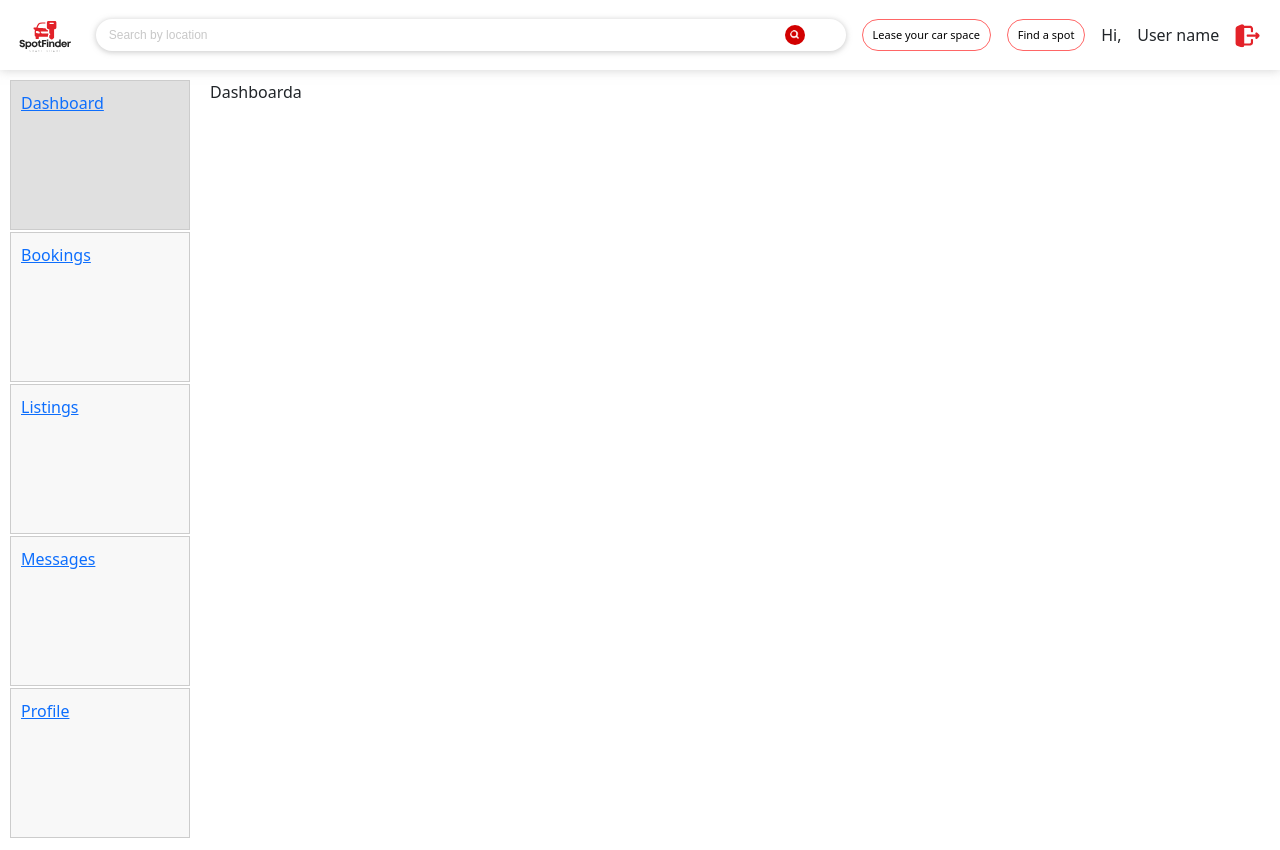
Repository: UNSWSpotFinder/SpotFinder
Page: /dashboard (app in frontend/)
The author's editor kept a copy of each file at every save. The page is drawn from the files as they stood at one save, then again after the next save.
The browser window is 1280 px wide. The pictures show the whole page.
The project was rebuilt for these pictures with package versions that can differ from the ones it lists, and the page was loaded fresh each time. Also part of the build but not shown: frontend/src/Login.css, frontend/src/Login.jsx, frontend/src/Regist.css, frontend/src/Regist.jsx, frontend/src/HomePage.jsx, frontend/src/App.css, frontend/src/components/Bookings.jsx, frontend/src/components/Listings.jsx and 2 more.

Above is the page before, as saved 2024-03-09 20:33:04.

After the next save:
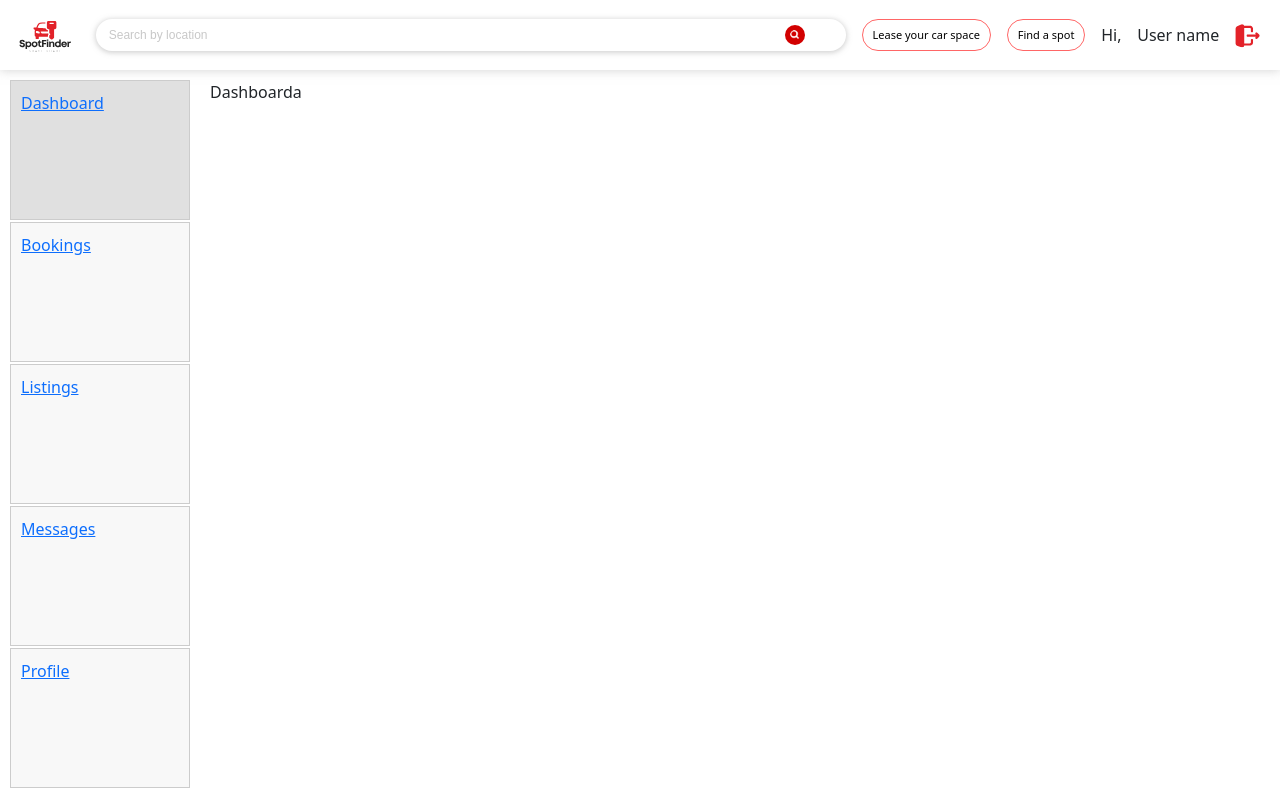
Saved 5 s later.
--- a/frontend/src/components/DashboardTop.css
+++ b/frontend/src/components/DashboardTop.css
@@ -59,7 +59,7 @@
 
   .side-nav-spcific {
     background-color: #f5f5f5; /* 浅色背景 */
-    height: 150px;
+    height: 140px;
     margin-bottom: 2px;
     padding: 10px; /* 内边距 */
     border: 1px solid #cccccc; /* 添加底部边框 */
